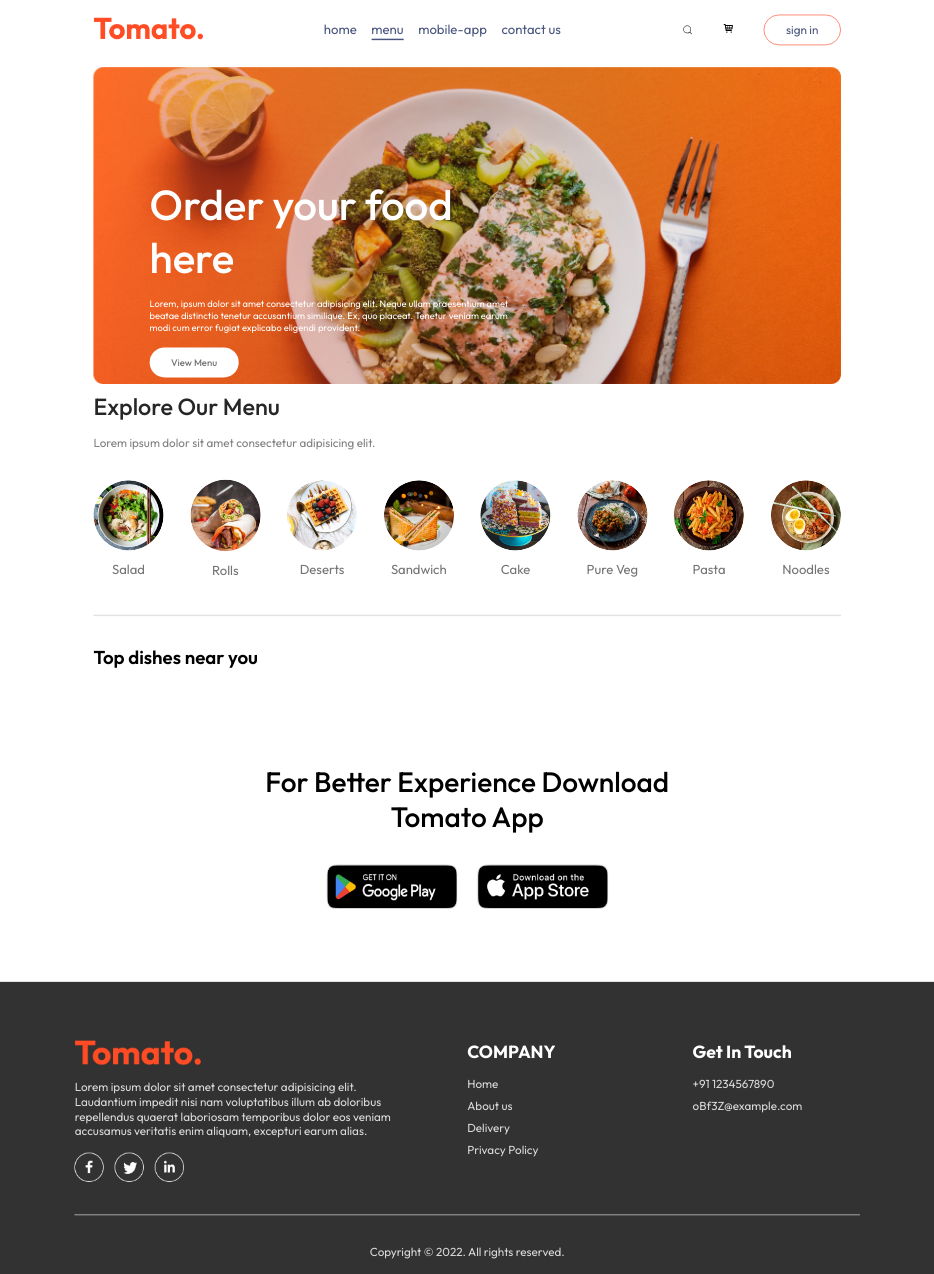
Repository: sodmaq/food-delivery
Page: / (app in frontend/)
An editor plug-in stored every save of this project. The page is shown before and after the next save, followed by the edit.
The browser window is 1280 px wide. The pictures show the whole page, at 73% of full size.
The project was rebuilt for these pictures with package versions that can differ from the ones it lists, and the page was loaded fresh each time. Also part of the build but not shown: frontend/vite.config.js, frontend/src/components/foodItem/FoodItem.css, frontend/src/components/foodItem/FoodItem.jsx, frontend/src/pages/Cart/Cart.css, frontend/src/pages/Cart/Cart.jsx, frontend/src/pages/PlaceOrder/PlaceOrder.css, frontend/src/pages/PlaceOrder/PlaceOrder.jsx, frontend/src/components/Login/LoginPopUp.css and 1 more.

Above is the page before, as saved 2024-10-09 13:28:52.

### frontend/src/main.jsx
import { StrictMode } from "react";
import { createRoot } from "react-dom/client";
import App from "./App.jsx";
import "./index.css";
import { BrowserRouter } from "react-router-dom";
import StoreContextProvider from "./context/storeContext"; // Default import, no curly braces

createRoot(document.getElementById("root")).render(
  <StrictMode>
    <BrowserRouter>
      <StoreContextProvider>
        <App />
      </StoreContextProvider>
    </BrowserRouter>
  </StrictMode>
);

### frontend/src/App.jsx
import NavBar from "./components/NavBar/NavBar";
import { Route, Routes } from "react-router-dom";
import Home from "./pages/Home/Home";
import Cart from "./pages/Cart/Cart";
import PlaceOrder from "./pages/PlaceOrder/PlaceOrder";
import Footer from "./components/Footer/Footer";
import { useState } from "react";
import LoginPopUp from "./components/Login/LoginPopUp";
const App = () => {
  const [showLogin, setShowLogin] = useState(false);
  return (
    <>
      {showLogin ? <LoginPopUp setShowLogin={setShowLogin} /> : <></>}
      <div className="app">
        <NavBar setShowLogin={setShowLogin} />
        <Routes>
          <Route path="/" element={<Home />} />
          <Route path="/cart" element={<Cart />} />
          <Route path="/order" element={<PlaceOrder />} />
        </Routes>
      </div>
      <Footer />
    </>
  );
};

export default App;

### frontend/src/index.css
@import url("https://fonts.googleapis.com/css2?family=Outfit:wght@100..900&display=swap");
* {
  padding: 0;
  margin: 0;
  box-sizing: border-box;
  font-family: Outfit;
  scroll-behavior: smooth;
}
body {
  min-height: 100vh;
}
a {
  text-decoration: none;
  color: inherit;
}

.app {
  width: 80%;
  margin: auto;
}
@keyframes fadeIn {
  0% {
    opacity: 0;
  }
  100% {
    opacity: 1;
  }
}

### frontend/src/context/storeContext.jsx
import { createContext, useEffect, useState } from "react";
import { food_list } from "../assets/assets";
import axios from "axios";

export const StoreContext = createContext(null);

const StoreContextProvider = ({ children }) => {
  const [cartItems, setCartItems] = useState({});
  const url = "http://localhost:4000";
  const [token, setToken] = useState("");
  const [foodList, setFoodList] = useState(food_list);
  const addToCart = (id) => {
    if (!cartItems[id]) {
      setCartItems((prev) => ({ ...prev, [id]: 1 }));
    } else {
      setCartItems((prev) => ({ ...prev, [id]: prev[id] + 1 }));
    }
  };
  const removeFromCart = (id) => {
    setCartItems((prev) => {
      if (prev[id] === 1) {
        const newCart = { ...prev };
        delete newCart[id];
        return newCart;
      }
      return { ...prev, [id]: prev[id] - 1 };
    });
  };

  const getTotalCartAmount = () => {
    let totalAmount = 0;
    for (const item in cartItems) {
      if (cartItems[item] > 0) {
        let itemInfo = food_list.find((product) => product._id === item);
        totalAmount += itemInfo.price * cartItems[item];
      }
    }
    return totalAmount;
  };

  const fetchFoodList = async () => {
    const response = await axios.get(`${url}/api/food/list`);
    setFoodList(response.data.data);
  };

  useEffect(() => {
    async function LoadData() {
      if (localStorage.getItem("token")) {
        setToken(localStorage.getItem("token"));
      }
    }
    LoadData();
  }, []);

  const contextValue = {
    food_list,
    cartItems,
    setCartItems,
    addToCart,
    removeFromCart,
    getTotalCartAmount,
    url,
    token,
    setToken,
  };

  return (
    <StoreContext.Provider value={contextValue}>
      {children}
    </StoreContext.Provider>
  );
};

export default StoreContextProvider;

### frontend/src/components/NavBar/NavBar.jsx
import { useContext, useState } from "react";
import "./NavBar.css";
import { assets } from "../../assets/assets";
import { CiSearch } from "react-icons/ci";
import { TiShoppingCart } from "react-icons/ti";
import { Link, useNavigate } from "react-router-dom";
import { StoreContext } from "../../context/storeContext";

const NavBar = ({ setShowLogin }) => {
  const [menu, setMenu] = useState("menu");
  const { getTotalCartAmount, token, setToken } = useContext(StoreContext);
  const navigate = useNavigate();
  const logout = () => {
    localStorage.removeItem("token");
    setToken("");
    navigate("/");
  };
  return (
    <div className="navbar">
      <Link to={"/"}>
        <img src={assets.logo} alt="" className="logo" />
      </Link>
      <ul className="navbar-menu">
        <Link
          to="/"
          onClick={() => setMenu("home")}
          className={menu === "home" ? "active" : ""}
        >
          home
        </Link>
        <a
          href="#explore-menu"
          onClick={() => setMenu("menu")}
          className={menu === "menu" ? "active" : ""}
        >
          menu
        </a>
        <a
          href="#app-download"
          onClick={() => setMenu("mobile-app")}
          className={menu === "mobile-app" ? "active" : ""}
        >
          mobile-app
        </a>
        <a
          href="#footer"
          onClick={() => setMenu("contact-us")}
          className={menu === "contact-us" ? "active" : ""}
        >
          contact us
        </a>
      </ul>
      <div className="navbar-right">
        <CiSearch />
        <div className="navbar-search-icon">
          <Link to={"/cart"}>
            <TiShoppingCart />
          </Link>
          <div className={getTotalCartAmount() === 0 ? "" : "dot"}></div>
        </div>
        {!token ? (
          <button onClick={() => setShowLogin(true)}>sign in</button>
        ) : (
          <div className="navbar-profile">
            <img src={assets.profile_icon} alt="" />
            <ul className="navbar-profile-dropdown">
              <li>
                <img src={assets.bag_icon} alt="" /> <p>Orders</p>
              </li>
              <hr />
              <li onClick={logout}>
                <img src={assets.logout_icon} alt="" />
                <p>Logout</p>
              </li>
            </ul>
          </div>
        )}
      </div>
    </div>
  );
};

export default NavBar;

### frontend/src/pages/Home/Home.jsx
import "./Home.css";
import Header from "../../components/Header/Header";
import ExploreMenu from "../../components/ExoloreMenu/ExploreMenu";
import { useState } from "react";
import FoodDisplay from "../../components/foodDisplay/FoodDisplay";
import AppDownload from "../../components/AppDownload/AppDownload";

const Home = () => {
  const [category, setCategory] = useState("All");
  return (
    <div>
      <Header />
      <ExploreMenu category={category} setCategory={setCategory} />
      <FoodDisplay category={category} />
      <AppDownload />
    </div>
  );
};

export default Home;

### frontend/src/components/Footer/Footer.jsx
import "./Footer.css";
import { assets } from "../../assets/assets";
const Footer = () => {
  return (
    <div className="footer" id="footer">
      <div className="footer-content">
        <div className="footer-content-left">
          <img src={assets.logo} alt="" />
          <p>
            Lorem ipsum dolor sit amet consectetur adipisicing elit. Laudantium
            impedit nisi nam voluptatibus illum ab doloribus repellendus quaerat
            laboriosam temporibus dolor eos veniam accusamus veritatis enim
            aliquam, excepturi earum alias.
          </p>
          <div className="footer-social-icons">
            <img src={assets.facebook_icon} alt="" />
            <img src={assets.twitter_icon} alt="" />
            <img src={assets.linkedin_icon} alt="" />
          </div>
        </div>
        <div className="footer-content-center">
          <h2>COMPANY</h2>
          <ul>
            <li>Home</li>
            <li>About us</li>
            <li>Delivery</li>
            <li>Privacy Policy</li>
          </ul>
        </div>
        <div className="footer-content-right">
          <h2>Get In Touch</h2>
          <ul>
            <li>+91 1234567890</li>
            <li>oBf3Z@example.com</li>
          </ul>
        </div>
      </div>
      <hr />
      <p className="footer-copyright">
        Copyright &copy; 2022. All rights reserved.
      </p>
    </div>
  );
};

export default Footer;

### frontend/src/components/NavBar/NavBar.css
.navbar {
  padding: 20px 0px;
  display: flex;
  justify-content: space-between;
  align-items: center;
}
.navbar .logo {
  width: 150px;
}

.navbar-menu {
  display: flex;
  list-style: none;
  gap: 20px;
  color: #49557e;
  font-size: 18px;
}
.navbar-right {
  display: flex;
  align-items: center;
  gap: 40px;
}

.navbar-right button {
  background: transparent;
  font-size: 16px;
  color: #49557e;
  border: 1px solid tomato;
  padding: 10px 30px;
  border-radius: 50px;
  cursor: pointer;
  transition: 0.3s;
}
.navbar button:hover {
  background-color: #fff4f2;
}
.navbar .active {
  padding-bottom: 2px;
  border-bottom: 2px solid #49557e;
}
.navbar li {
  cursor: pointer;
}

.navbar-search-icon {
  position: relative;
}

.navbar-search-icon .dot {
  position: absolute;
  min-width: 10px;
  min-height: 10px;
  background-color: tomato;
  border-radius: 5px;
  top: -8px;
  right: -8px;
}
.navbar-profile {
  position: relative;
}

.navbar-profile-dropdown {
  position: absolute;
  display: none;
  right: 0;
  z-index: 1;
}

.navbar-profile:hover .navbar-profile-dropdown {
  display: flex;
  flex-direction: column;
  gap: 10px;
  background-color: #fff2ef;
  padding: 12px 25px;
  border-radius: 4px;
  border: 1px solid tomato;
  outline: 2px solid white;
  list-style: none;
}
.navbar-profile-dropdown li {
  display: flex;
  align-items: center;
  gap: 10px;
  cursor: pointer;
}
.navbar-profile-dropdown img {
  width: 20px;
}
.navbar-profile-dropdown li:hover {
  color: tomato;
}

@media (max-width: 1050px) {
  .navbar .logo {
    width: 140px;
  }
  .navbar-menu {
    gap: 20px;
    font-size: 17px;
  }
  .navbar-right {
    gap: 30px;
  }
  .navbar-right img {
    width: 22px;
  }
  .navbar-right button {
    padding: 8px 25px;
  }
}

@media (max-width: 900px) {
  .navbar .logo {
    width: 120px;
  }
  .navbar-menu {
    gap: 15px;
    font-size: 16px;
  }
  .navbar-right {
    gap: 20px;
  }
  .navbar-right img {
    width: 20px;
  }
  .navbar-right button {
    padding: 7px 20px;
    font-size: 15px;
  }
}

@media (max-width: 750px) {
  .navbar-menu {
    display: none;
  }
}

### frontend/src/components/Header/Header.jsx
import "./Header.css";

function Header() {
  return (
    <div className="header">
      <div className="header-contents">
        <h2>Order your food here</h2>
        <p>
          Lorem, ipsum dolor sit amet consectetur adipisicing elit. Neque ullam
          praesentium amet beatae distinctio tenetur accusantium similique. Ex,
          quo placeat. Tenetur veniam earum modi cum error fugiat explicabo
          eligendi provident.
        </p>
        <button>View Menu</button>
      </div>
    </div>
  );
}

export default Header;

### frontend/src/components/ExoloreMenu/ExploreMenu.jsx
import "./ExploreMenu.css";
import { menu_list } from "../../assets/assets";
const ExploreMenu = ({ category, setCategory }) => {
  return (
    <div className="explore-menu" id="explore-menu">
      <h1>Explore Our Menu</h1>
      <p className="explore-menu-text">
        Lorem ipsum dolor sit amet consectetur adipisicing elit.
      </p>
      <div className="explore-menu-list">
        {menu_list.map((item, index) => (
          <div
            onClick={() =>
              setCategory((prev) =>
                prev === item.menu_name ? "All" : item.menu_name
              )
            }
            key={index}
            className="explore-menu-list-item"
          >
            <img
              className={category === item.menu_name ? "active" : ""}
              src={item.menu_image}
              alt=""
            />
            <p>{item.menu_name}</p>
          </div>
        ))}
      </div>
      <hr />
    </div>
  );
};

export default ExploreMenu;

### frontend/src/components/foodDisplay/FoodDisplay.jsx
import React, { useContext } from "react";
import "./FoodDisplay.css";
import { StoreContext } from "../../context/storeContext";
import FoodItem from "../foodItem/FoodItem";

const FoodDisplay = ({ category }) => {
  const { food_list } = useContext(StoreContext);

  return (
    <div className="food-display" id="food-display">
      <h2>Top dishes near you</h2>
      <div className="food-display-list">
        {food_list.map((item) => {
          if (category === "ALL" || category === item.category) {
            return (
              <FoodItem
                key={item._id} // Use the _id as the key
                id={item._id} // Pass the _id to the component for unique identification
                name={item.name}
                description={item.description}
                price={item.price}
                image={item.image}
              />
            );
          }
          return null; // Avoid returning undefined from map
        })}
      </div>
    </div>
  );
};

export default FoodDisplay;

### frontend/src/components/AppDownload/AppDownload.jsx
import "./AppDownload.css";
import { assets } from "../../assets/assets";

const AppDownload = () => {
  return (
    <div className="app-download" id="app-download">
      <p>
        For Better Experience Download <br /> Tomato App
      </p>
      <div className="app-download-platforms">
        <img src={assets.play_store} alt="" />
        <img src={assets.app_store} alt="" />
      </div>
    </div>
  );
};

export default AppDownload;

### frontend/src/components/Footer/Footer.css
.footer {
  color: #d9d9d9;
  background-color: #323232;
  display: flex;
  flex-direction: column;
  align-items: center;
  gap: 20px;
  padding: 20px 8vw;
  padding-top: 80px;
  margin-top: 100px;
}
.footer-content {
  width: 100%;
  display: grid;
  grid-template-columns: 2fr 1fr 1fr;
  gap: 80px;
}

.footer-content-left,
.footer-content-right,
.footer-content-center {
  display: flex;
  flex-direction: column;
  align-items: start;
  gap: 20px;
}
.footer-content-left li,
.footer-content-right li,
.footer-content-center li {
  list-style: none;
  margin-bottom: 10px;
  cursor: pointer;
}

.footer-content-right h2,
.footer-content-center h2 {
  color: white;
}
.footer-social-icons img {
  width: 40px;
  margin-right: 15px;
}
.footer hr {
  width: 100%;
  height: 2px;
  margin: 20px 0;
  background-color: grey;
  border: none;
}

@media (max-width: 750px) {
  .footer-content {
    display: flex;
    flex-direction: column;
    gap: 35px;
  }
  .footer-copyright {
    text-align: center;
  }
}

### frontend/src/components/Header/Header.css
.header {
  height: 34vw;
  margin: 10px auto;
  background: url("/header_img.png") no-repeat;
  background-size: contain;
  position: relative;
}

.header-contents {
  position: absolute;
  display: flex;
  flex-direction: column;
  align-items: start;
  gap: 1.5vw;
  max-width: 50%;
  bottom: 10px;
  left: 6vw;
  animation: fadeIn 1s;
}

.header-contents h2 {
  font-weight: 500;
  color: white;
  font-size: max(4.5vw, 22px);
}

.header-contents p {
  color: white;
  font-size: 1vw;
}

.header-contents button {
  border: none;
  color: #747474;
  font-weight: 500;
  padding: 1vw 2.3vw;
  background-color: white;
  font-size: max(1vw, 13px);
  border-radius: 50px;
}

@media (max-width: 1050px) {
  .header-contents {
    max-width: 45%;
  }
}

@media (max-width: 750px) {
  .header-contents {
    max-width: 65%;
  }
  .header-contents p {
    display: none;
  }
  .header-contents button {
    padding: 2vw 4vw;
  }
}

### frontend/src/components/ExoloreMenu/ExploreMenu.css
.explore-menu {
  display: flex;
  flex-direction: column;
  gap: 20px;
}
.explore-menu h1 {
  color: #262626;
  font-weight: 500;
}

.explore-menu-text {
  max-width: 60%;
  color: #808080;
}

.explore-menu-list {
  display: flex;
  justify-content: space-between;
  align-items: center;
  gap: 30px;
  text-align: center;
  margin: 20px 0px;
  overflow-x: scroll;
}

.explore-menu-list::-webkit-scrollbar {
  display: none;
}

.explore-menu-list-item img {
  width: 7.5vw;
  min-width: 80px;
  cursor: pointer;
  border-radius: 50%;
  transition: 0.2s ease-in-out;
}
.explore-menu-list-item p {
  margin-top: 10px;
  color: #747474;
  font-size: max(1.4vw, 16px);
  cursor: pointer;
}
.explore-menu hr {
  margin: 10px 0px;
  height: 2px;
  background-color: #e2e2e2;
  border: none;
}

.explore-menu-list-item:hover img {
  transform: scale(1.1);
}

.explore-menu-list-item:hover p {
  font-weight: 600;
}
.explore-menu-list-item .active {
  border: 4px solid tomato;
  padding: 2px;
}

@media (max-width: 1050px) {
  .explore-menu-text {
    max-width: 100%;
    font-size: 14px;
  }
}

### frontend/src/components/foodDisplay/FoodDisplay.css
.food-display {
  margin-top: 30px;
}

.food-display h2 {
  font-size: max(2vw, 24px); /* Responsive font size */
  font-weight: 600;
}

.food-display-list {
  display: grid;
  grid-template-columns: repeat(4, 1fr); /* Default to 4 columns */
  margin-top: 30px;
  gap: 30px;
  row-gap: 50px;
}

/* Medium devices (tablets, medium desktops) */
@media (max-width: 1024px) {
  .food-display-list {
    grid-template-columns: repeat(3, 1fr); /* Reduce to 3 columns */
    gap: 20px;
    row-gap: 40px;
  }
}

/* Small devices (phones, small tablets) */
@media (max-width: 768px) {
  .food-display-list {
    grid-template-columns: repeat(2, 1fr); /* Reduce to 2 columns */
    gap: 15px;
    row-gap: 30px;
  }

  .food-display h2 {
    font-size: max(4vw, 20px); /* Adjust heading size for smaller screens */
  }
}

/* Extra small devices (small phones) */
@media (max-width: 480px) {
  .food-display-list {
    grid-template-columns: 1fr; /* Single column layout */
    gap: 10px;
    row-gap: 20px;
  }

  .food-display h2 {
    font-size: max(5vw, 18px); /* Further adjust heading size */
  }
}

Loaded but not shown: frontend/index.html (common file); frontend/src/components/AppDownload/AppDownload.css (common file); frontend/src/assets/assets.js (350 lines, source omitted); frontend/src/pages/Home/Home.css (no stored copy; drawn as an empty file)

After the next save:
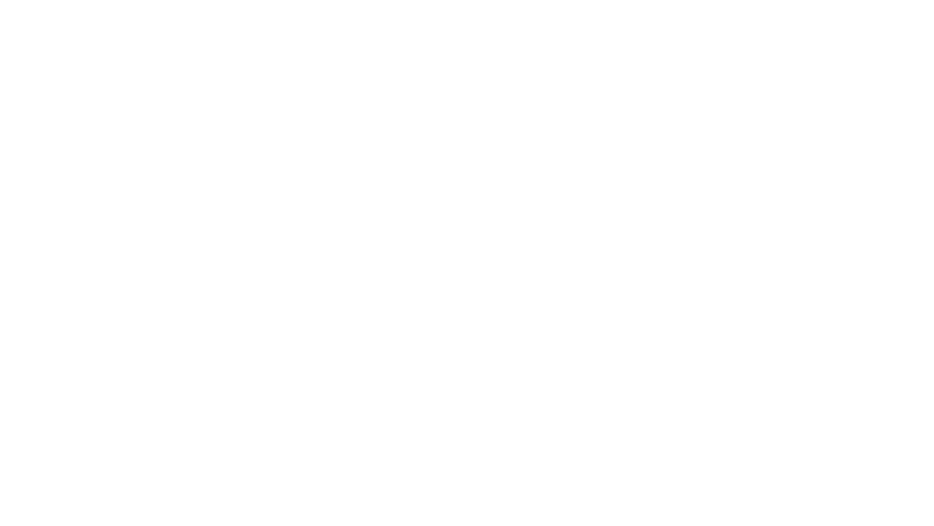
Console error: ReferenceError: Cannot access 'food_list2' before initialization
Saved 7 min 16 s later.
--- a/frontend/src/context/storeContext.jsx
+++ b/frontend/src/context/storeContext.jsx
@@ -8,7 +8,7 @@
   const [cartItems, setCartItems] = useState({});
   const url = "http://localhost:4000";
   const [token, setToken] = useState("");
-  const [foodList, setFoodList] = useState(food_list);
+  const [food_list, setFoodList] = useState(food_list);
   const addToCart = (id) => {
     if (!cartItems[id]) {
       setCartItems((prev) => ({ ...prev, [id]: 1 }));

After the save that followed:
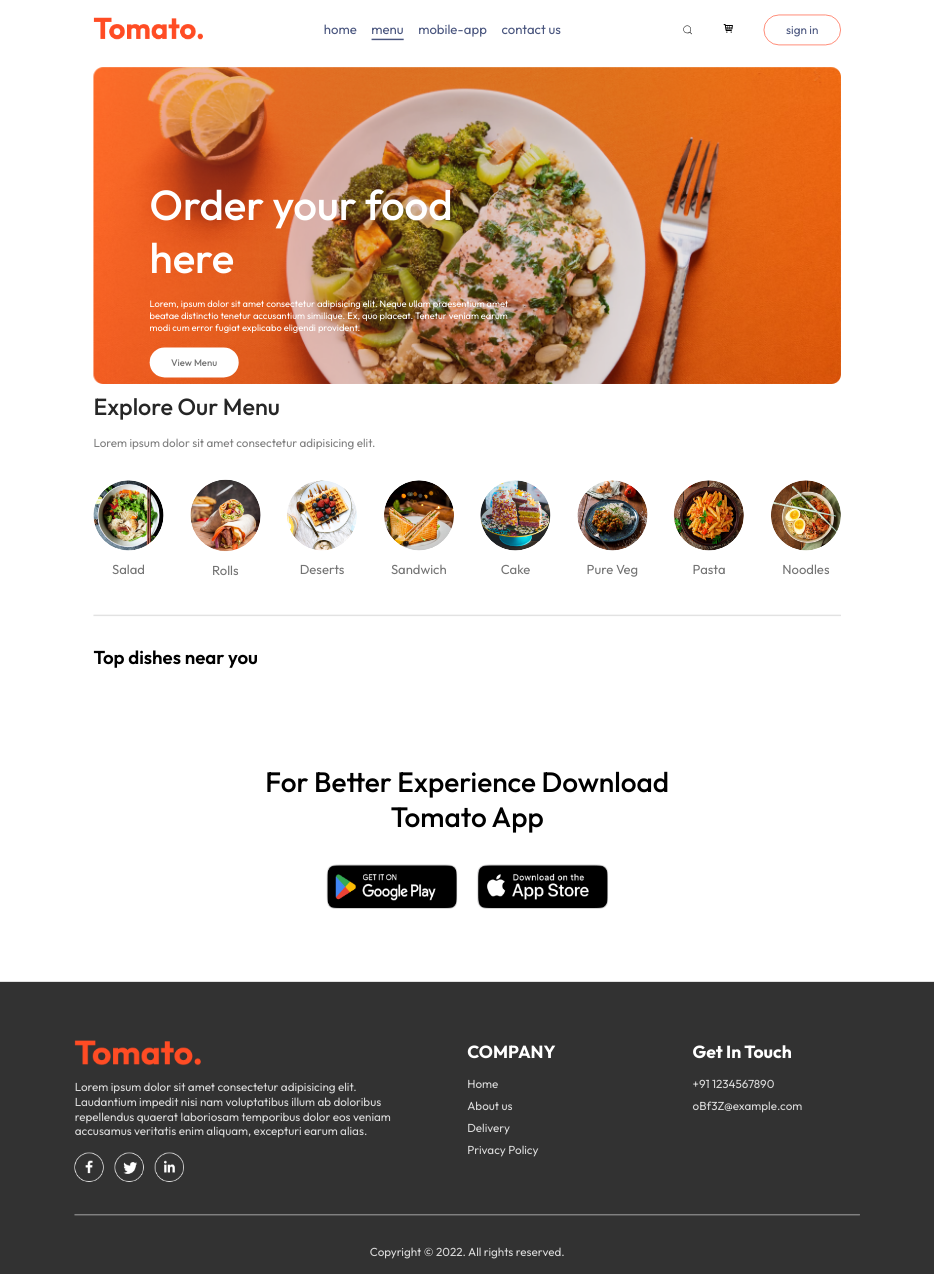
The error is gone.
Saved 39 s later.
--- a/frontend/src/context/storeContext.jsx
+++ b/frontend/src/context/storeContext.jsx
@@ -8,7 +8,7 @@
   const [cartItems, setCartItems] = useState({});
   const url = "http://localhost:4000";
   const [token, setToken] = useState("");
-  const [food_list, setFoodList] = useState(food_list);
+  const [food_list, setFoodList] = useState([]);
   const addToCart = (id) => {
     if (!cartItems[id]) {
       setCartItems((prev) => ({ ...prev, [id]: 1 }));
